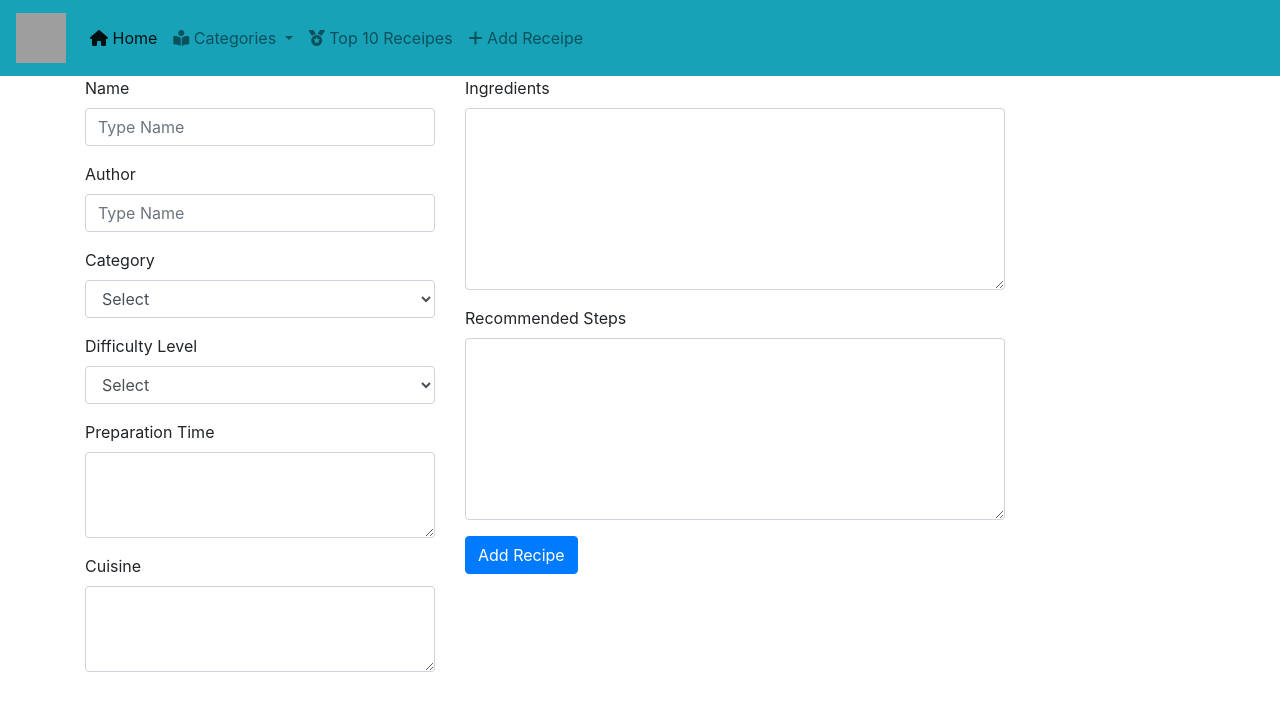
Repository: toderas/Flask-Cook-Book
Page: templates/addrecipe.html
The author's editor kept a record of every edit. The page is drawn from the files as they stood at one moment, then again after the next edit.
The browser window is 1280 px wide. The pictures show the whole page.
Pictures or frames that could not be fetched are drawn as grey boxes. Some web libraries are served in a nearby version. The page is served by the project's application, run on Flask 3 (cookbook.py). The template is opened directly, without the code that normally fills it, so the values that code supplies are empty.

Above is the page before.

After the next edit:
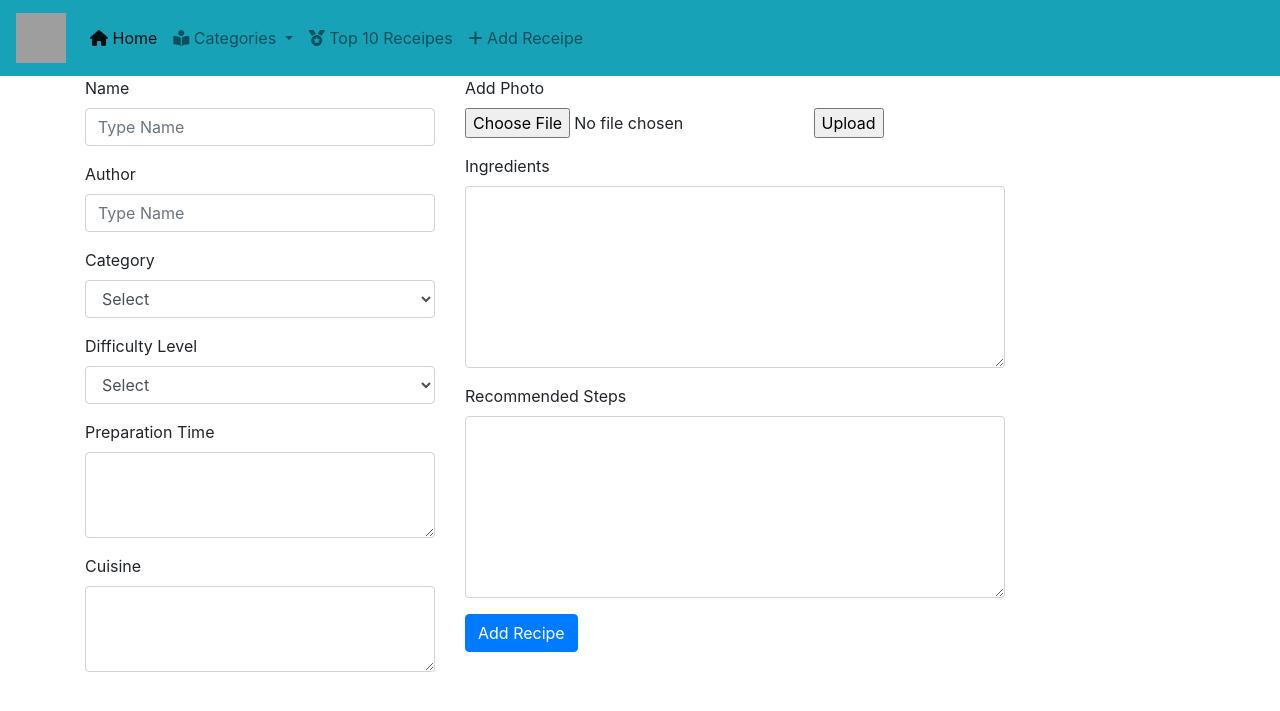
The edit:
--- a/templates/addrecipe.html
+++ b/templates/addrecipe.html
@@ -41,7 +41,11 @@
 
       </div>
       <div class="col-md-6">
-        <!--Form For Upload Was Here-->
+       <label for="exampleFormControlTextarea1">Add Photo</label>
+        <form action="" method="POST" enctype="multipart/form-data">
+          <p><input type=file name=file id="upload_file">
+            <input type=submit value=Upload>
+        </form>
         <div class="form-group">
           <label for="exampleFormControlTextarea1">Ingredients</label>
           <textarea class="form-control" name="dish_ingredients" id="exampleFormControlTextarea1" rows="7"></textarea>
